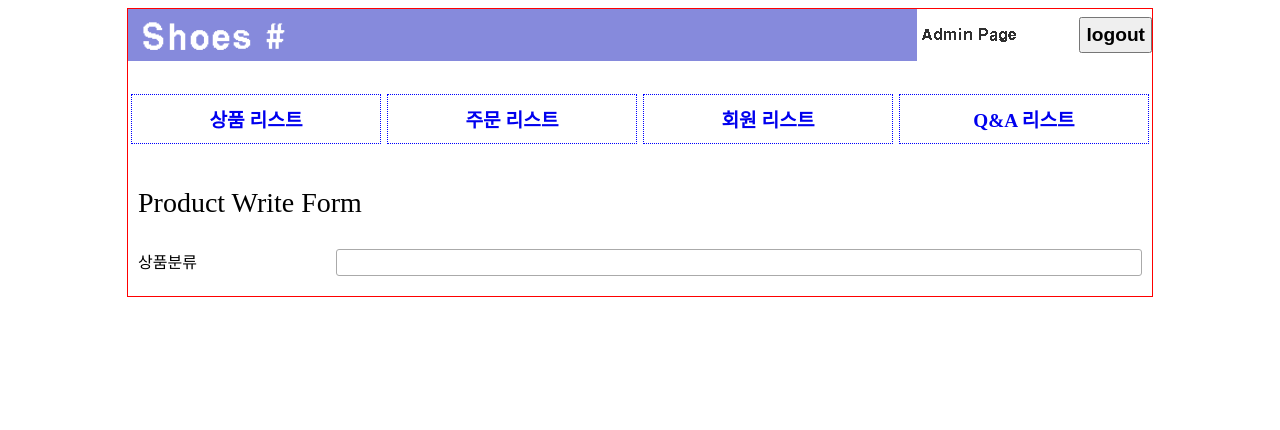
Repository: kkm41/SQL
Page: http://localhost/WEB12_ShoesShop/admin/product/productWrite.jsp
The author's editor kept a copy of each file at every save. The page is drawn from the files as they stood at one save, then again after the next save.
The browser window is 1280 px wide. The pictures show the whole page.
The page is served by Tomcat 10.

Above is the page before, as saved 2024-05-23 07:13:17.

After the next save:
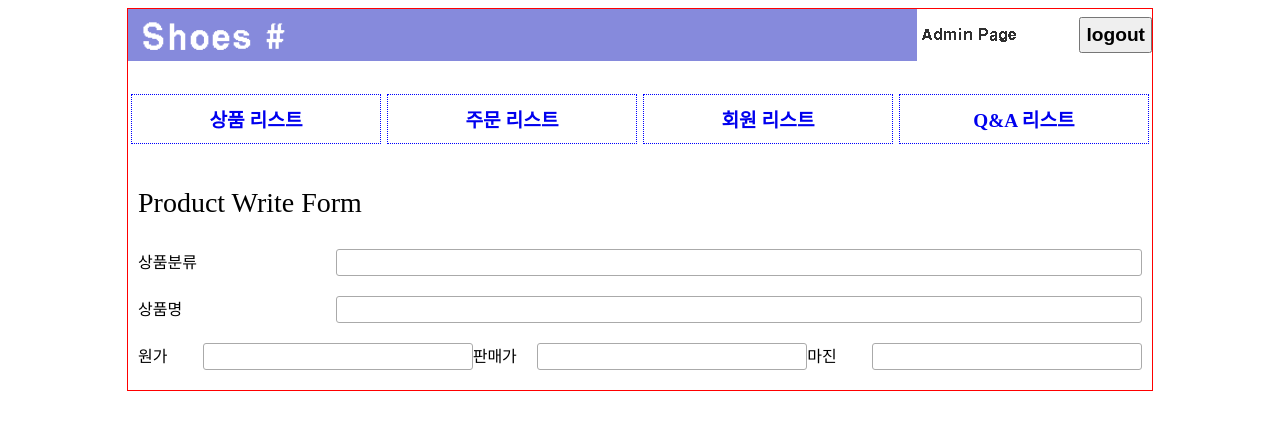
Saved 47 s later.
--- a/workspace/WEB12_ShoesShop/src/main/webapp/admin/product/productWrite.jsp
+++ b/workspace/WEB12_ShoesShop/src/main/webapp/admin/product/productWrite.jsp
@@ -10,6 +10,18 @@
 						<label>상품분류</label>
 						<input type="text" name=""/>
 					</div>
+					<div class="field">
+						<label>상품명</label>
+						<input type="text" name=""/>
+					</div>
+					<div class="field">
+						<label>원가</label>
+						<input type="text" name=""/>
+						<label>판매가</label>
+						<input type="text" name=""/>
+						<label>마진</label>
+						<input type="text" name=""/>
+					</div>
 
 
 
